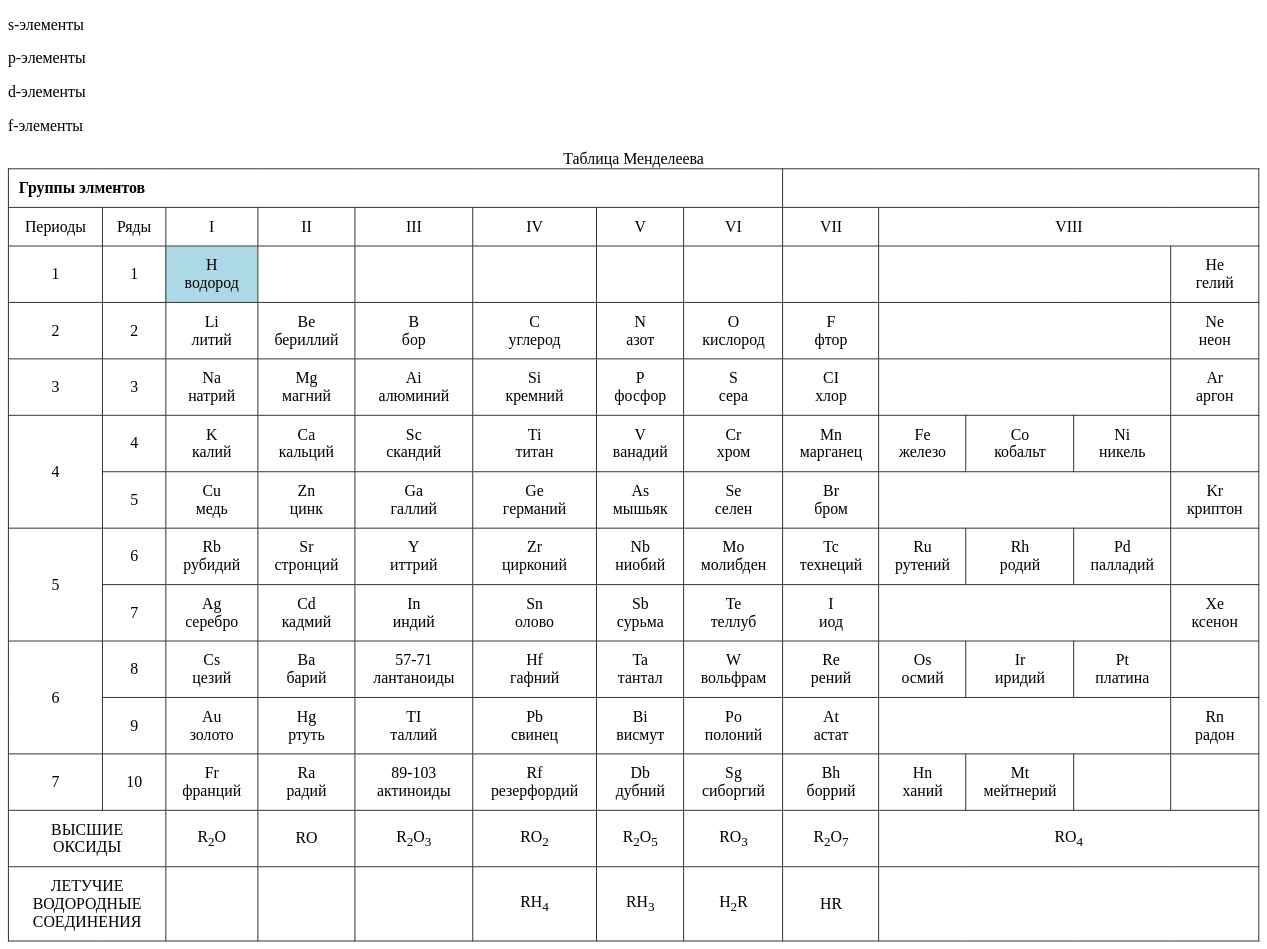
Repository: sannikovcode/exercises-a1
Page: JS/websites/01-periodic table/index.html
These files come from the project's save history. The page is drawn as it stood at one moment and after the next save; the edit follows.
The browser window is 1280 px wide. The pictures show the whole page, at 99% of full size.

Above is the page before, as saved 2025-10-18 14:14:06.

After the next save:
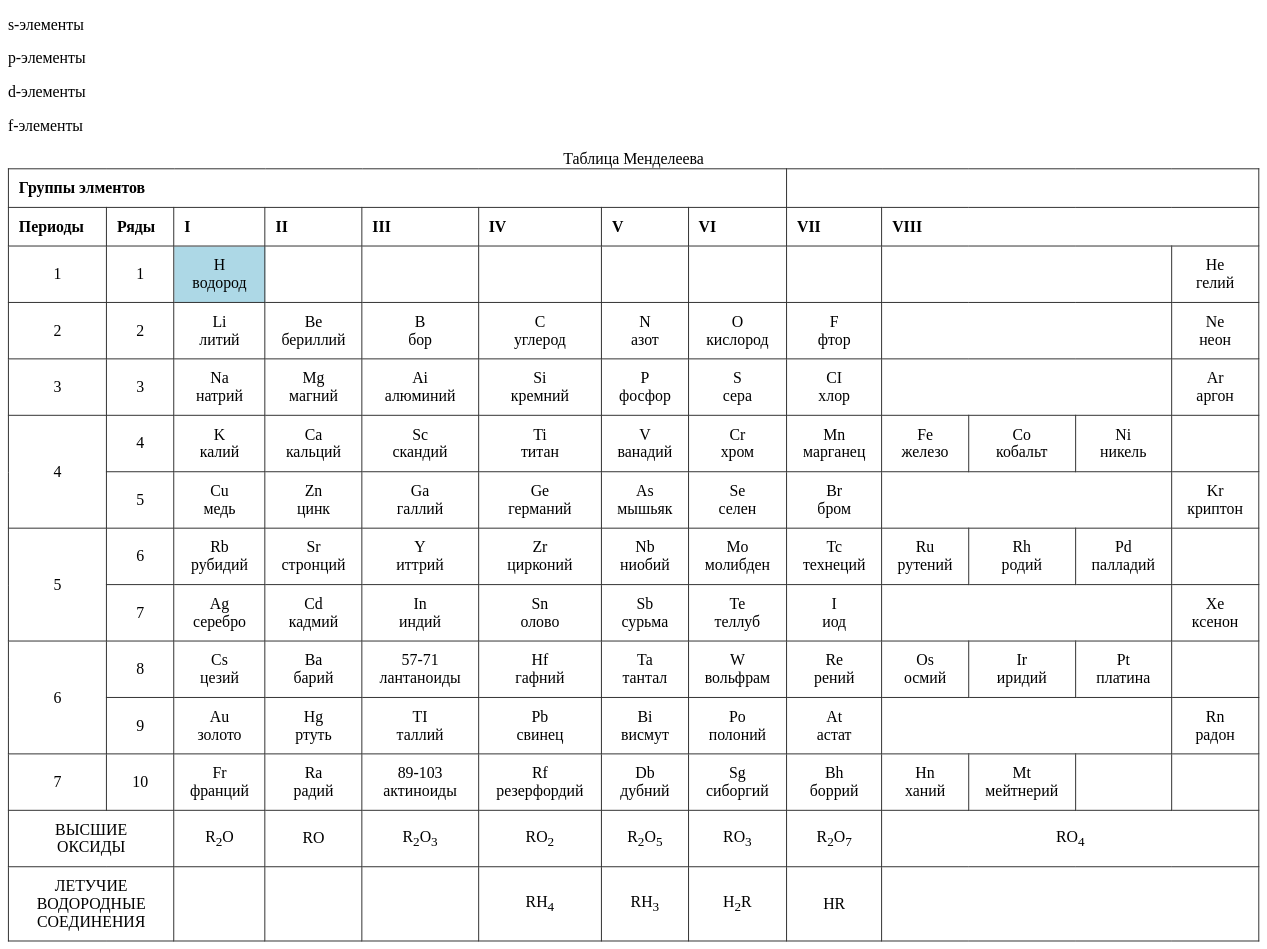
Saved 32 min 28 s later.
--- a/JS/websites/01-periodic table/index.html
+++ b/JS/websites/01-periodic table/index.html
@@ -19,16 +19,16 @@
 
         <tbody>
             <tr>
-                <td>Периоды</td>
-                <td>Ряды</td>
-                <td>I</td>
-                <td>II</td>
-                <td>III</td>
-                <td>IV</td>
-                <td>V</td>
-                <td>VI</td>
-                <td>VII</td>
-                <td colspan="4">VIII</td>
+                <th scope="col">Периоды</th>
+                <th>Ряды</th>
+                <th>I</th>
+                <th>II</th>
+                <th>III</th>
+                <th>IV</th>
+                <th>V</th>
+                <th>VI</th>
+                <th>VII</th>
+                <th colspan="4">VIII</th>
             </tr>
             <tr>
                 <td>1</td>
